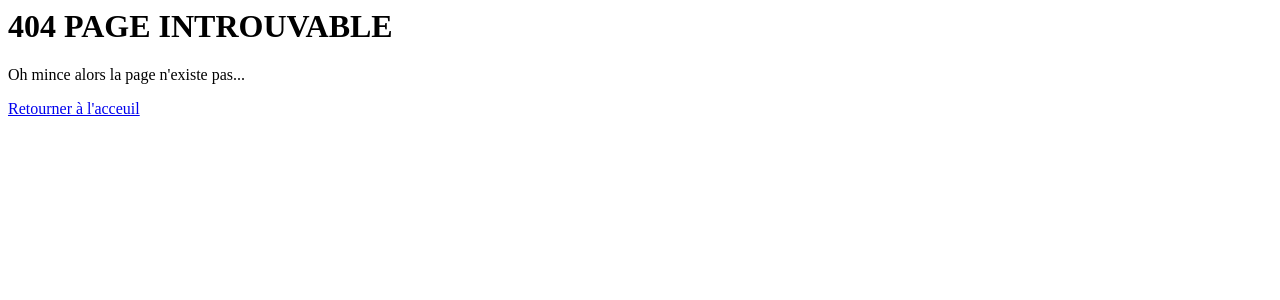
Repository: lemonhao9/ECF
Page: pages/404.html
The author's editor kept a copy of each file at every save. The page is drawn from the files as they stood at one save, then again after the next save.
The browser window is 1280 px wide. The pictures show the whole page.

Above is the page before, as saved 2025-02-11 16:16:55.

After the next save:
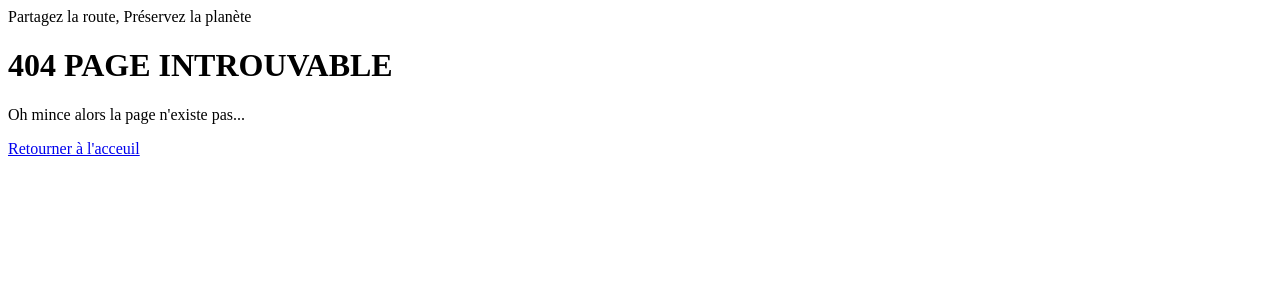
Saved 85 s later.
--- a/pages/404.html
+++ b/pages/404.html
@@ -1,3 +1,9 @@
+<div class="hero-scene text-center text-secondary">
+    <div class="hero-scene-content">
+        <p>Partagez la route, Préservez la planète</p>
+    </div>
+</div>
+
 <div>
     <h1>404 PAGE INTROUVABLE</h1>
     <p>Oh mince alors la page n'existe pas...</p>
